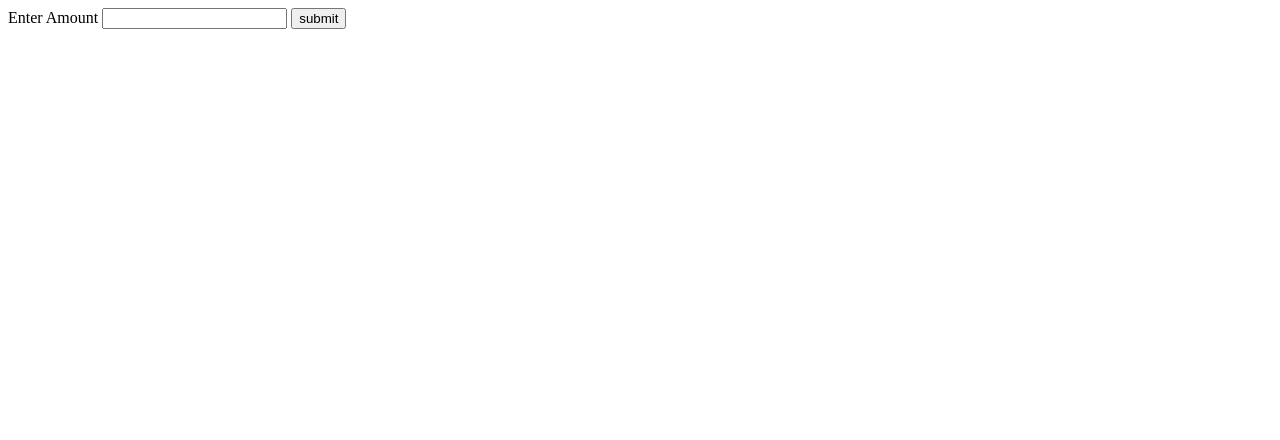
Repository: Kamrangujjar85112/Javascript-Vanilla-Projects
Page: index.html
The author's editor kept a copy of each file at every save. The page is drawn from the files as they stood at one save, then again after the next save.
The browser window is 1280 px wide. The pictures show the whole page.

Above is the page before, as saved 2022-01-15 15:16:38.

### index.html
<!DOCTYPE html>
<html lang="en">
<head>
    <meta charset="UTF-8">
    <meta name="viewport" content="width=device-width, initial-scale=1.0">
    <title>Document</title>
</head>
<body>
    <form class="form">
        <label for="amount">Enter Amount</label>
        <input type="number" id="amount">
        <button type="submit">submit</button>
    </form>
    <script src="./app.js"></script>
</body>

</html>

### app.js
// //SWITCH STATEMENT//

// const dice= 7;
// switch(dice){
//     case 1:
//         console.log('one');
//     break;
//     case 2:
//         console.log('two');
//     break;
//     case 3:
//         console.log('three');
//     break;
//     case 4:
//         console.log('four');
//     break;
//     case 5:
//         console.log('five');
//     break;
//     case 6:
//         console.log('six');
//     break;
//     default:
//         console.log('roll the dice');
// }
//  // --------------------------------------------------------------------

//  // While Loop

//  let cats = 20;
//  while (cats > 0){
//      console.log('I have ' + cats + " cats");
//  cats--;
//  }
//  // --------------------------------------------------------------------
//  // Do-While Loo

//   let books= 0;
//  do {
//      console.log('you have ' + books + ' books');
//      books++ ;
//  }
//  while (books < 10);

// // ---------------------------------------------------------------------

// // For Loop

// // ex:1 increment
// let a;
// for( a=1; a<=10; a++){
//     console.log('a is ' +a);
// }
// // ex:2 decrement
// for(let number=10; number>=1; number--){
//     console.log('number is '+number);
// }

// // ---------------------------------------------------------------------

// // // String Methods

// let name = 'kamran';
// console.log(name.length);
// console.log(name.toUpperCase());
// console.log(name.toLowerCase());
// console.log(name.charAt(1 , 4));
// console.log(name.charAt(-3));
// console.log(name.trim());
// console.log(name.indexOf('n'));
// console.log(name.slice(2));
// console.log(name.slice(-3));
// const person= 'kamran';
// const age= 26;
// const bio=(`my name is ${person} and my age is ${age}`);
// console.log(bio);

// // ---------------------------------------------------------------------

// // Array methods and properties(concat, reverse, unshift, shift, push, pop, splice)

// const coders= ['amir','muneeb','muazzam','hamid'];
// const support= ['usama','muteeb','kamran'];

// // concat
// const oscorb= coders.concat(support);
// console.log(oscorb);

// // reverse
// console.log(oscorb.reverse());

// // unshift

// oscorb.unshift('dkd');
// console.log(oscorb);

// // shift
// oscorb.shift();
// console.log(oscorb);

// // push

// oscorb.push('zafar');
// console.log(oscorb);

// // pop
// oscorb.pop();
// console.log(oscorb);

// // splice

// const react= oscorb.splice(1, 3);
//  console.log(react);
//  console.log(oscorb);


// // Array and for loop

// // ex1
// const firstName = ['abrar','bilal','ali','aoun'];
// const surName= 'Khan';
// let name= [];
// for ( let a = 0; a < firstName.length; a++ ){
// console.log(a);
// console.log(firstName[a]);
// const fullName=`${firstName[a]} ${surName}`;
// name.push(fullName);
// }
// console.log(firstName);
// console.log(name);

// // ex 2
// const name = 'Gate';
// const gates = ['1','2','3','4'];
// let gatesAre = [];
// for(let g = 0; g < gates.length; g++)
// {
//     const gateName = `${name} No: ${gates[g]}`;
//     gatesAre.push(gateName);
// }
// console.log(gatesAre);

// //---------------------------------------------------------------------

// // Calculate total function
// // ex 1
// const a = [90, 80, 70, 60];
// const b = [10, 20, 30, 40];

// function calculateTotal(arr){
//     let total = 0;
//     for(let i = 0; i < arr.length; i++){
//     total += arr[i];
//     }
//     return total;
// }
// const atotal= calculateTotal(a);
// const btotal= calculateTotal(b);
// console.log({
//     a: atotal,
//     b: btotal,
// });

// // ex 2
// const maths = [20, 30, 40, 50];
// const English = [90, 80, 50, 70];

// function calculateMarks(num){
//     marks = 0;
//     for(let m = 0; m < num.length; m++){
//         marks += num[m];
//     }
//     return marks;
// }
// const s = calculateMarks(maths);
// const w = calculateMarks(English);

// console.log({
//     Math_Marks: s,
//     English_Marks: w,
// });

// // ---------------------------------------------------------------------

// const number = 5 > 4;
// number ? console.log('it is true') : console.log('it is false');
// if(number){
//     console.log('it is true');
// }
// else{
//     console.log('it is false');
// }

// // ---------------------------------------------------------------------
// // global and local scope of a variable

// let name= 'kami';
// function kam(){
//     name='gujjar';


// }
// kam();
// console.log(name);

// // ---------------------------------------------------------------------

// // variable lookup

// // ex 1
// const globalVariable = 40;

// function add(num1 , num2){
//     const result = num1 + num2 + globalVariable;
//     function multiply(){
//         const globalVariable = 30;
//         const multiplyResult = result * globalVariable;
//         console.log(multiplyResult);
//     }

//     multiply();
//     return result;
// }
// console.log(add(30, 40));

// // ex 2
// const globalVariable = 40;

// function add(num1 , num2){
//     const result = num1 + num2 + globalVariable;
//     function multiply(){
//         const globalVariable = 30;
//         multiplyResult = result * globalVariable;
//     }
//     multiply();
//     console.log(multiplyResult);

//     return result;
// }
// console.log(add(30, 40));\

// // ---------------------------------------------------------------------

// // // call back function
// function morning(name){
//     return `Good Morning ${name}`;
// }
// function afternoon(name){
//     return `Good fternoon ${name}`;
// }
// function evening(name){
//     return `Good Evening ${name}`;
// }
// function greeting(name, cb){
//     const myName = `Kamran`;
//     console.log(`${cb(name)} my name is ${myName}`);

// }
// greeting('Irfan', morning);
// greeting('Irfan', afternoon);
// greeting('Irfan', evening);

// // ---------------------------------------------------------------------

// // Array Iteraters

// const Oscorb = [
//     {name:'Muazzam' , role: 'Laravel Developer'},
//     {name:'Amir' , role: '.Net Developer'},
//     {name:'Muneeb' , role: '.Net Developer'},
//     {name:'Hamid' , role: 'React Developer'},
//     {name:'Muteeb' , role: 'Internee'},
//     {name:'Usama' , role: 'Internee'},
//     {name:'Kamran' , role: 'Internee'},
// ];


// Oscorb.forEach(function Job(Employee) {
//     console.log(Employee.name.toUpperCase());

// });

// // ---------------------------------------------------------------------

// //
const Oscorb = [
    {name:'Muazzam' , role: 'Laravel Developer'},
    {name:'Amir' , role: '.Net Developer'},
    {name:'Muneeb' , role: '.Net Developer'},
    {name:'Hamid' , role: 'React Developer'},
    {name:'Muteeb' , role: 'Internee'},
    {name:'Usama' , role: 'Internee'},
    {name:'Kamran' , role: 'Internee'},
];

const names = Oscorb.map(function display(team) {
    return team.name;
})
console.log(names);

After the next save:
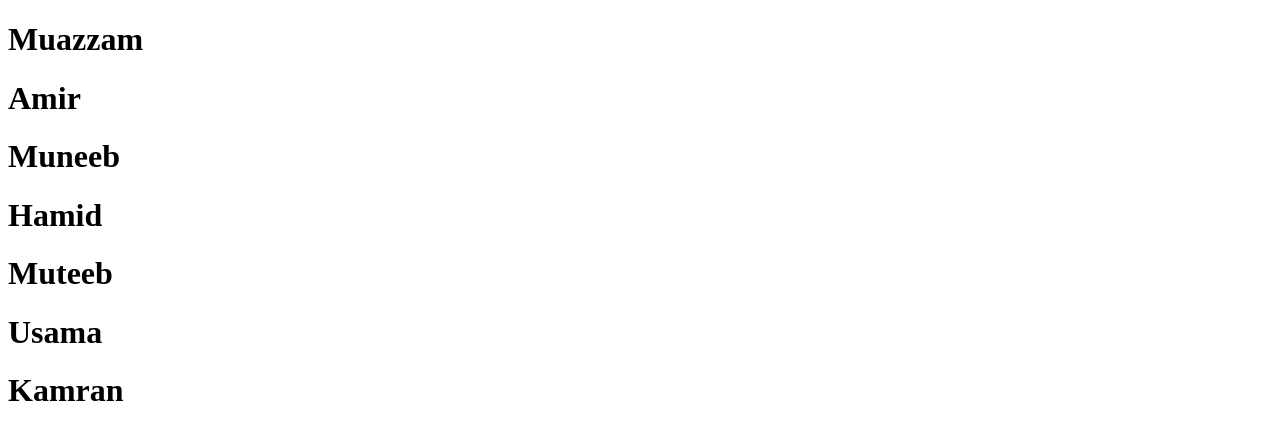
Saved 3 min 20 s later.
--- a/app.js
+++ b/app.js
@@ -294,6 +294,8 @@
 ];
 
 const names = Oscorb.map(function display(team) {
-    return team.name;
-})
+    return `<h1>${team.name}</h1>`;
+});
+    document.body.innerHTML = names.join('');
+
 console.log(names);

After the save that followed:
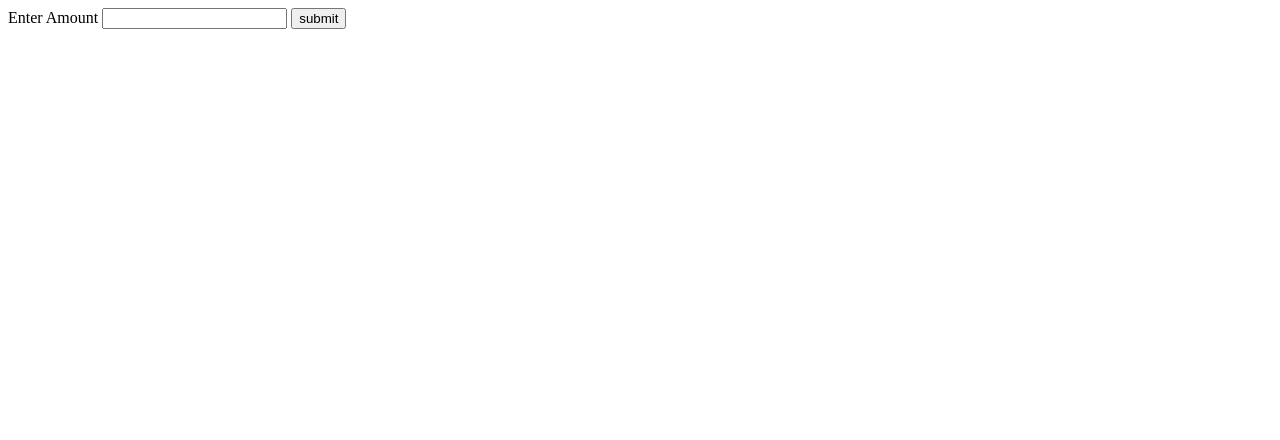
Console error: ReferenceError: Cannot access 'ages' before initialization
Saved 3 min 21 s later.
--- a/app.js
+++ b/app.js
@@ -293,9 +293,13 @@
     {name:'Kamran' , role: 'Internee'},
 ];
 
-const names = Oscorb.map(function display(team) {
-    return `<h1>${team.name}</h1>`;
+// const names = Oscorb.map(function display(team) {
+//     return `<h1>${team.name}</h1>`;
+// });
+//     document.body.innerHTML = names.join('');
+
+// console.log(names);
+const ages = Oscorb.map(function showAge(ageing) {
+    return `<h2>${ages}</h2>`;
 });
-    document.body.innerHTML = names.join('');
-
-console.log(names);
+console.log(ages);
